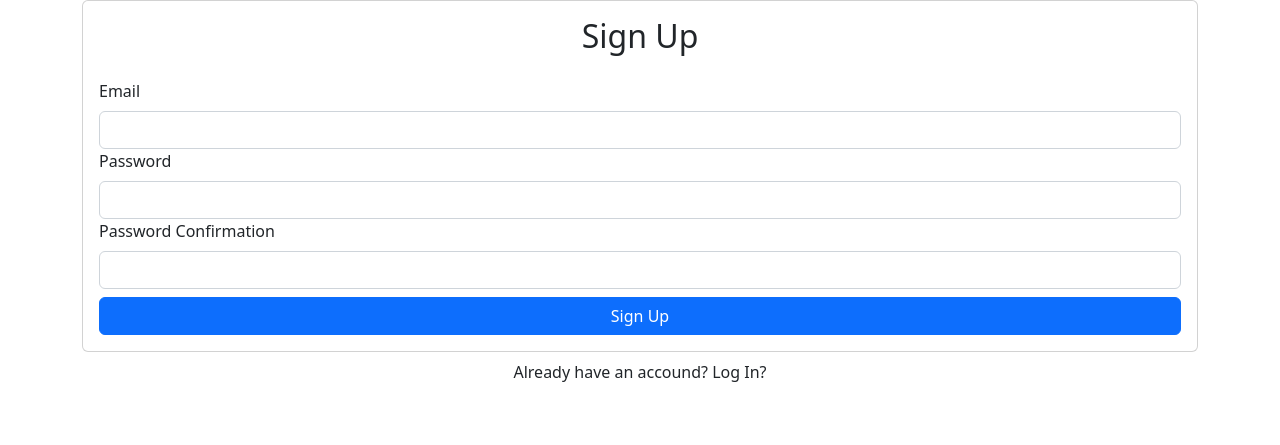
Repository: Baskaran-Ra/React-signup-
Page: /
An editor plug-in stored every save of this project. The page is shown before and after a run of saves, followed by the edit.
The browser window is 1280 px wide. The pictures show the whole page.
The project was rebuilt for these pictures with package versions that can differ from the ones it lists, and the page was loaded fresh each time. A package was used in the major version that the imports need, not the one package.json lists.

Above is the page before, as saved 2022-12-22 14:51:48.

### src/index.js
import React from 'react';
import ReactDOM from 'react-dom/client';
import "bootstrap/dist/css/bootstrap.min.css"


import App from './App';


const root = ReactDOM.createRoot(document.getElementById('root'));
root.render(
  <React.StrictMode>
    <App />
  </React.StrictMode>
);

### src/App.js
import React  from 'react';

import Signup from './signup'
import { Container } from 'react-bootstrap';
import { AuthProvider } from './AuthContext';

function App() {
  return (
    <AuthProvider>
    <Container className="d-flex alifn-item-center justify-content-center" style={{minHeight:"100vh"}}>
      <div className="w-100" style={{minWidth:"400px"}}>
      <Signup />
      </div>

    </Container>
    </AuthProvider>

  )



}

export default App;

### src/signup.js
import React, {useRef,useState} from 'react'
import{ Form,Button,Card, Alert} from 'react-bootstrap'
import {useAuth} from './AuthContext'



export default function Signup(){

    const emailRef = useRef()
    const passwordRef = useRef()
    const passwordconfirmRef = useRef()
    const { signup,currentUser } = useAuth()
    const [error,setError] =useState("")
    const [Loading,setLoading] =useState(false)



   async function handleSubmit(e){
        e.preventDefault()

if( passwordRef.current.value !== passwordconfirmRef.current.value){
    return setError('Password do not match ')

}
 try {
    setError('')
    setLoading(true)
    await signup(emailRef.current.value,passwordRef.current.value)
 } catch {
    setError("Failed to create an account")
  }
  setLoading(false)
}


  return (
    <>
    <Card>
        <Card.Body>
            <h2 className="text-center mb-4">Sign Up</h2>
            {currentUser && currentUser.email}
            {error && <Alert variant= "danger">{error}</Alert>}
            <Form onSubmit={handleSubmit}>
                <Form.Group id="email">
                    <Form.Label>Email</Form.Label>
                    <Form.Control type ="email" ref = {emailRef} Required></Form.Control>

                </Form.Group>
                <Form.Group id="password">
                    <Form.Label>Password</Form.Label>
                    <Form.Control type ="password" ref = {passwordRef} Required></Form.Control>

                </Form.Group>
                <Form.Group id="password-confirm">
                    <Form.Label>Password Confirmation</Form.Label>
                    <Form.Control type ="password" ref = {passwordconfirmRef} Required></Form.Control>

                </Form.Group>
                <Button disabled={Loading} className="w-100 mt-2" type="submit">Sign Up</Button>
            </Form>
        </Card.Body>
    </Card>
    <div className="w-100 text-center mt-2">
    Already have an accound? Log In?
    </div>


    </>
  )
}

### src/AuthContext.js
import React,{useContext,useState,useEffect} from 'react'
import {auth} from './firebase'

const AuthContext =React.createContext()

export function useAuth() {
  return useContext(AuthContext)
}


export function AuthProvider({children}){
    const [currentUser,setcurrentUser]=useState()
    const [loading,setLoading]=useState(true)

    function signup(email, password) {
        return auth.createUserWithEmailAndPassword(email, password)
      }
    useEffect(() => {
        const unsubscribe = auth.onAuthStateChanged( user =>{
            setLoading(false)
            setcurrentUser(user)
        })
        return unsubscribe
    },[])

    const value ={
        currentUser,
        signup
    }
    return (
        <AuthContext.Provider value={value}>
            {!loading && children}
        </AuthContext.Provider>
    )
}

### src/firebase.js
import firebase from 'firebase/compat/app';
import 'firebase/compat/auth';


const app = firebase.initializeApp({
    apiKey: "AIzaSyBjv0DUl92PxfdzqkkAfkMgWxikStYg03Y",
    authDomain: "login-e3fb4.firebaseapp.com",
    projectId: "login-e3fb4",
    storageBucket: "login-e3fb4.appspot.com",
    messagingSenderId: "904759587478",
    appId: "1:904759587478:web:89af2707b91a04a82308b7",
    measurementId: "G-HYXNRYPCFN"
})

export const auth = app.auth()
export default app

Loaded but not shown: public/index.html (common file)

After the next 2 saves:
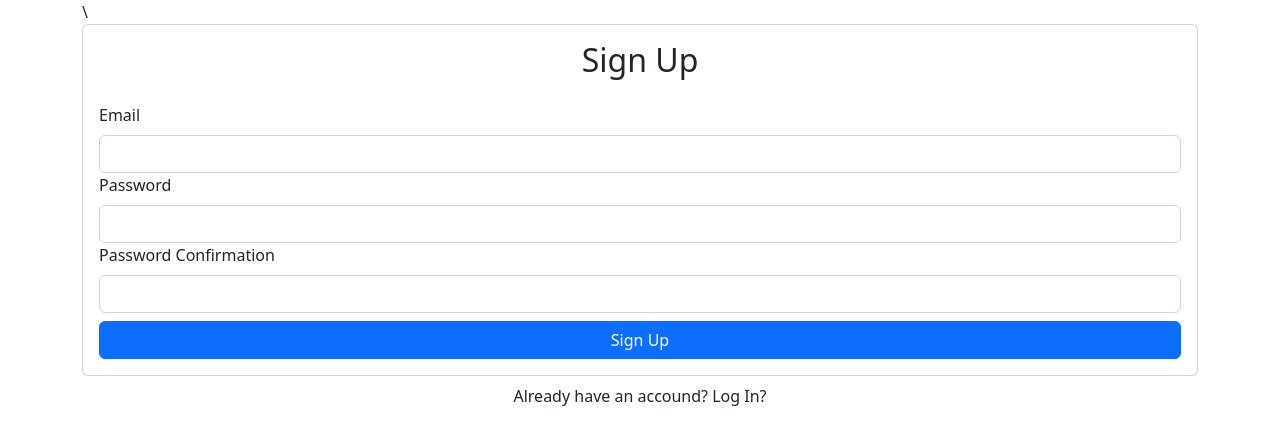
The 2 saves are shown as one change because they came seconds apart.
The last was saved 13 s later.
--- a/src/App.js
+++ b/src/App.js
@@ -3,12 +3,14 @@
 import Signup from './signup'
 import { Container } from 'react-bootstrap';
 import { AuthProvider } from './AuthContext';
+import { BrowserRouter as Router, Switch, Route } from 'react-router-dom';
 
 function App() {
   return (
     <AuthProvider>
     <Container className="d-flex alifn-item-center justify-content-center" style={{minHeight:"100vh"}}>
       <div className="w-100" style={{minWidth:"400px"}}>
+      \
       <Signup />
       </div>
 

After the 2 saves that followed:
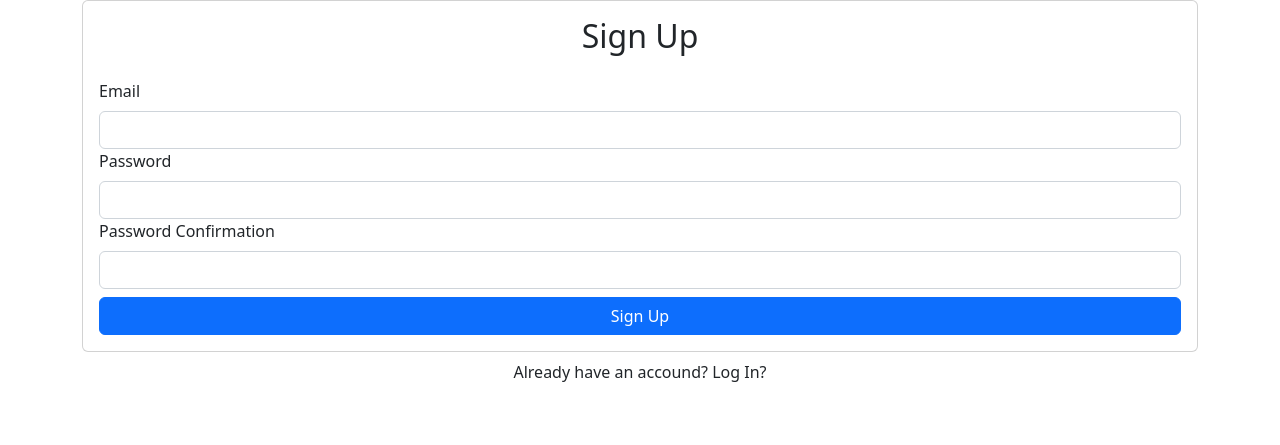
The 2 saves are shown as one change because 1 left the picture as it was.
The last was saved 18 s later.
--- a/src/App.js
+++ b/src/App.js
@@ -3,14 +3,14 @@
 import Signup from './signup'
 import { Container } from 'react-bootstrap';
 import { AuthProvider } from './AuthContext';
-import { BrowserRouter as Router, Switch, Route } from 'react-router-dom';
+import { BrowserRouter as Router, Route } from 'react-router-dom';
 
 function App() {
   return (
     <AuthProvider>
     <Container className="d-flex alifn-item-center justify-content-center" style={{minHeight:"100vh"}}>
       <div className="w-100" style={{minWidth:"400px"}}>
-      \
+
       <Signup />
       </div>
 
